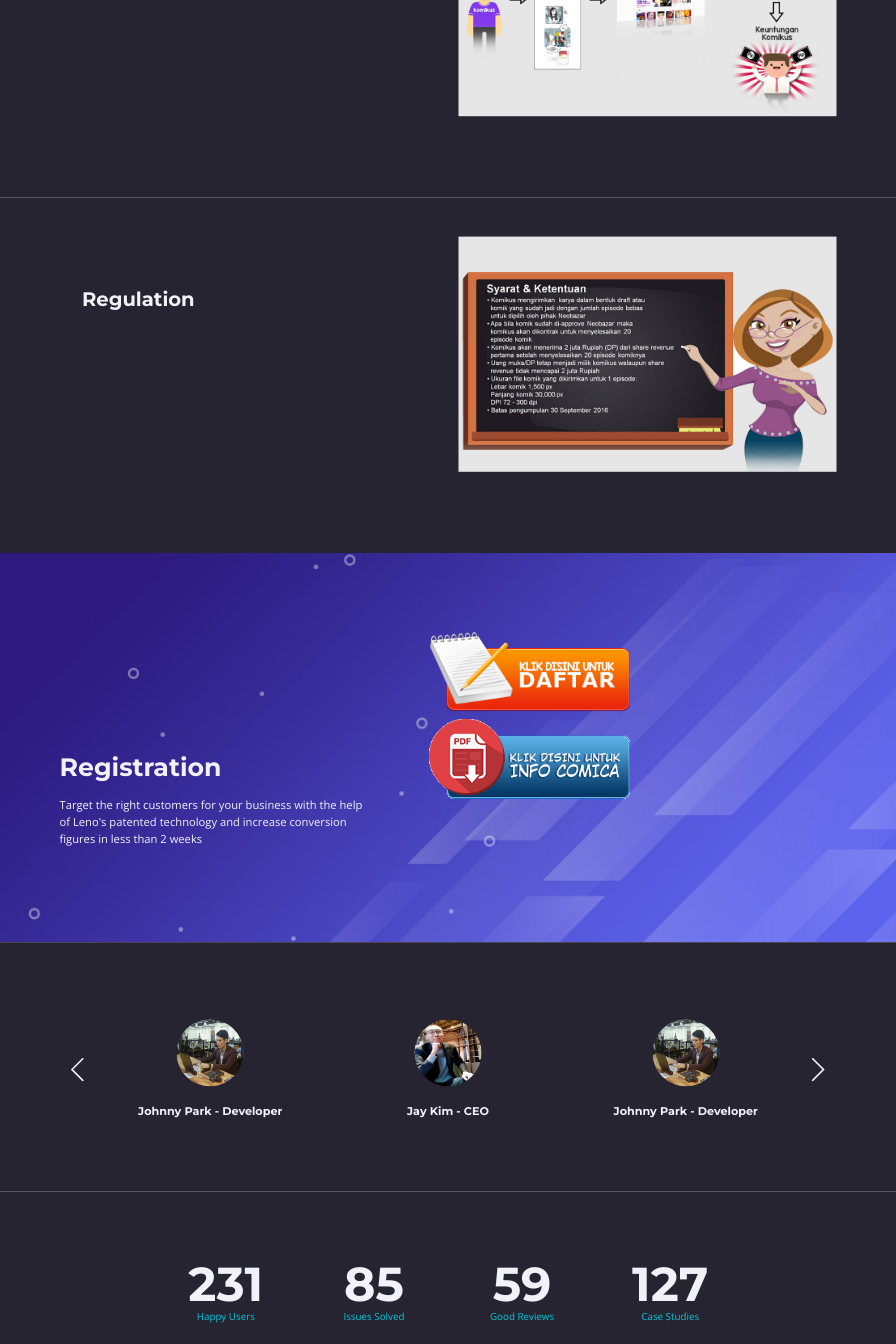
Repository: blackhat97/Homepage
Page: index.html
These files come from the project's save history. The page is drawn as it stood at one moment and after the next save; the edit follows.
The browser window is 1280 px wide. The pictures show the part of the page from y = 1970 to 3890 px (the page is 4522 px tall), at 70% of full size.

Above is the page before, as saved 2020-04-03 12:39:13.

After the next save:
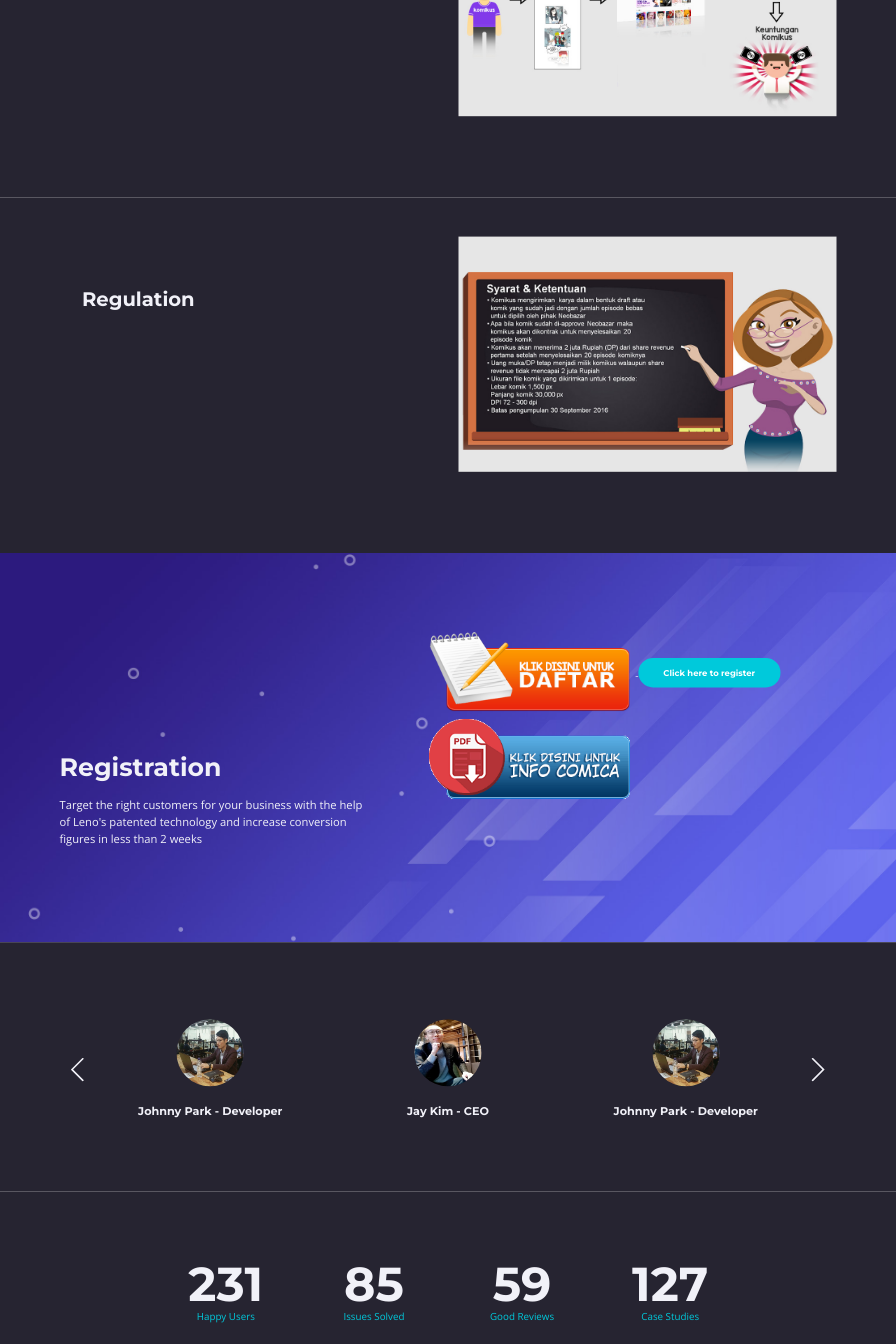
Saved 4 min 19 s later.
--- a/index.html
+++ b/index.html
@@ -270,6 +270,7 @@
                             <img src="images/daftar.png" alt="alternative">
                         </a>
                         <a href="images/Proposal_Comica.pdf" target="_blank">
+                            <a class="btn-solid-reg popup-with-move-anim" href="#details-lightbox-1">Click here to register</a>
                             <img class="img-fluid" src="images/Tombol_download-pdf.png" alt="alternative">
                         </a> <!-- end of img-container -->
                     </div> <!-- end of img-container -->
